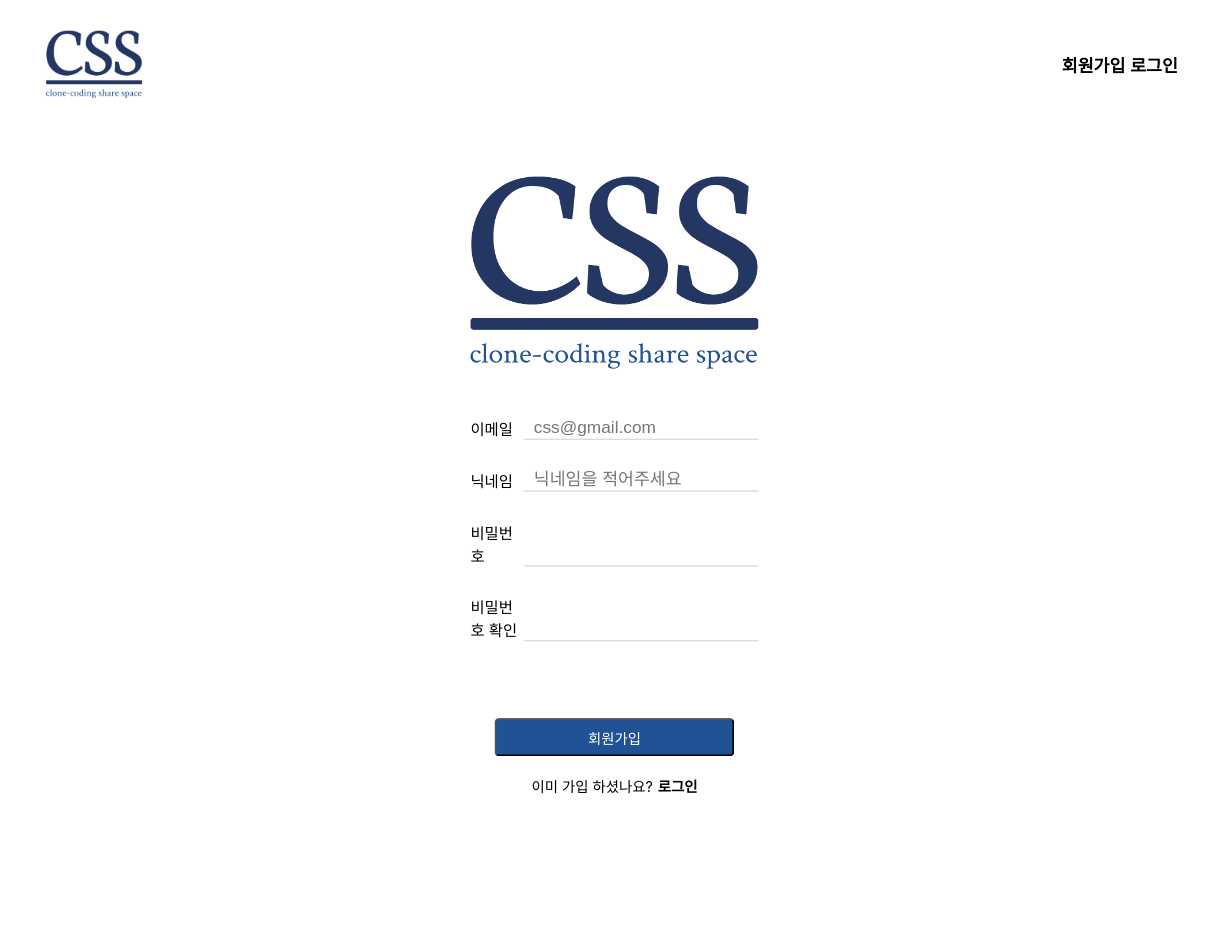
Repository: YS739/React-project-CSS
Page: /signUp
An editor plug-in stored every save of this project. The page is shown before and after the next save, followed by the edit.
The browser window is 1280 px wide. The pictures show the whole page, at 96% of full size.
The project was rebuilt for these pictures with package versions that can differ from the ones it lists, and the page was loaded fresh each time. Also part of the build but not shown: src/components/DetailPage/AddComment/style.js, src/components/DetailPage/CommentList/style.js, src/components/DetailPage/Comment/style.js, src/components/DetailPage/Comment/CustomConfirmUI.jsx, src/components/DetailPage/Comment/Comment.jsx, src/components/DetailPage/CommentList/CommentList.tsx, src/components/DetailPage/AddComment/AddComment.jsx, src/components/DetailPage/ChannelInfo/ChannelInfo.jsx and 23 more. Imported but missing from the stored project, and not drawn on this page: src/common/apiKey.

Above is the page before, as saved 2023-01-25 19:11:56.

After the next save:
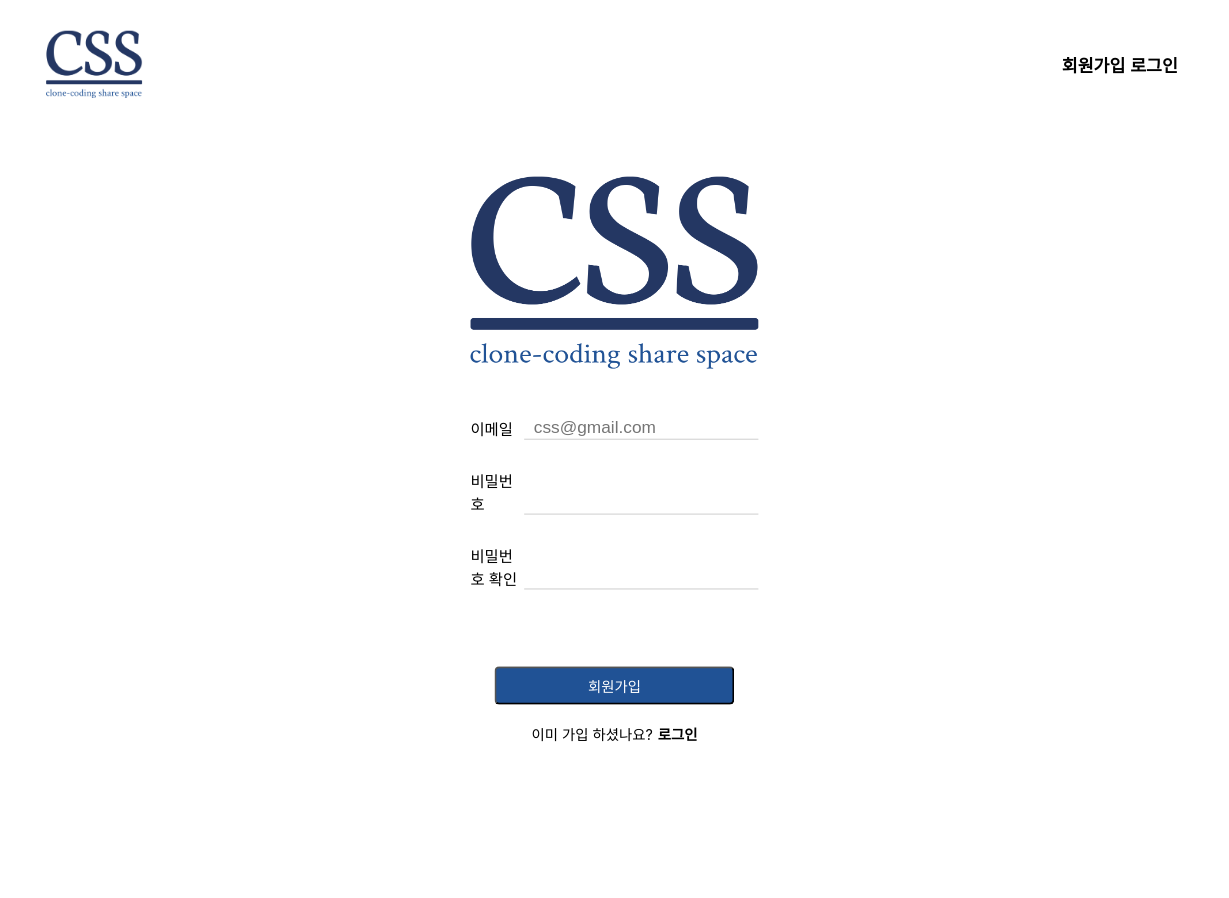
Saved 6 min 39 s later.
--- a/src/pages/SignUpPage/SignUpPage.jsx
+++ b/src/pages/SignUpPage/SignUpPage.jsx
@@ -41,11 +41,11 @@ const SignUpPage = () => {
     }
     // TODO: 닉네임은 사용자 프로필에 저장되도록 하고 빈칸이면 디폴트값
     // internal-error로 처리돼서 에러처리 제대로 안됨
-    if (!displayName) {
-      alert('닉네임을 입력해주세요.');
-      displayNameRef.current.focus();
-      return true;
-    }
+    // if (!displayName) {
+    //   alert('닉네임을 입력해주세요.');
+    //   displayNameRef.current.focus();
+    //   return true;
+    // }
     if (!password) {
       alert('비밀번호를 입력해주세요.');
       passwordRef.current.focus();
@@ -85,20 +85,14 @@ const SignUpPage = () => {
     }
 
     // 회원가입
-    await createUserWithEmailAndPassword(
-      authService,
-      email,
-      displayName,
-      password,
-    )
+    await createUserWithEmailAndPassword(authService, email, password)
       .then((userCredential) => {
         // Signed in
         const user = userCredential.user;
         console.log(user);
         console.log('password', password);
-        alert(`${displayName}님, 회원가입이 완료되었습니다.`);
+        alert('회원가입이 완료되었습니다.');
         setEmail('');
-        setDisplayName('');
         setPassword('');
         navigate('/');
       })
@@ -127,7 +121,7 @@ const SignUpPage = () => {
             }}
           />
         </Id>
-        <Name>
+        {/* <Name>
           닉네임
           <Input
             ref={displayNameRef}
@@ -136,8 +130,8 @@ const SignUpPage = () => {
             onChange={(e) => {
               setDisplayName(e.target.value);
             }}
-          />
-        </Name>
+          /> */}
+        {/* </Name> */}
         <Password>
           비밀번호
           {/* FIXME: 비밀번호가 안 가려진다 */}
